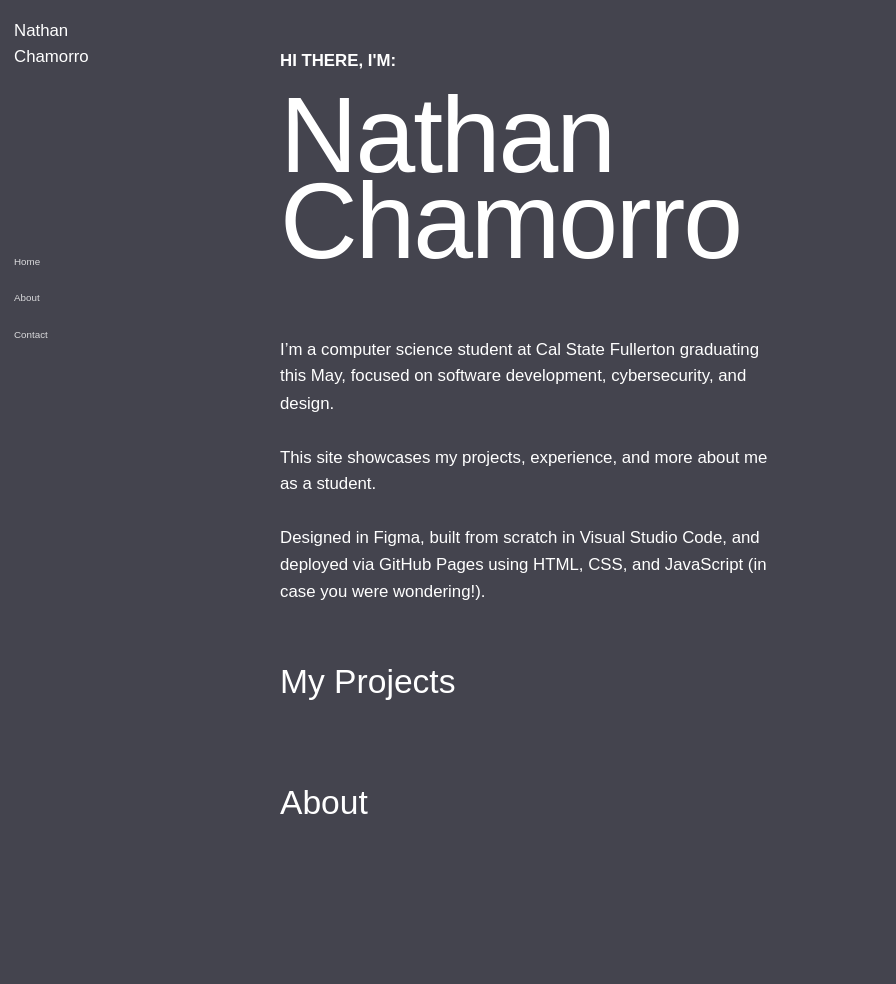
Repository: nathanchamorro1/nathanchamorro1.github.io
Page: index.html
These files come from the project's save history. The page is drawn as it stood at one moment and after the next save; the edit follows.
The browser window is 1280 px wide. The pictures show the part of the page from y = 0 to 1920 px (the page is 1406 px tall before and 3406 px after), at 70% of full size.
Some web fonts or font styles are not loaded; a fallback is used.

Above is the page before, as saved 2026-02-17 21:56:14.

After the next save:
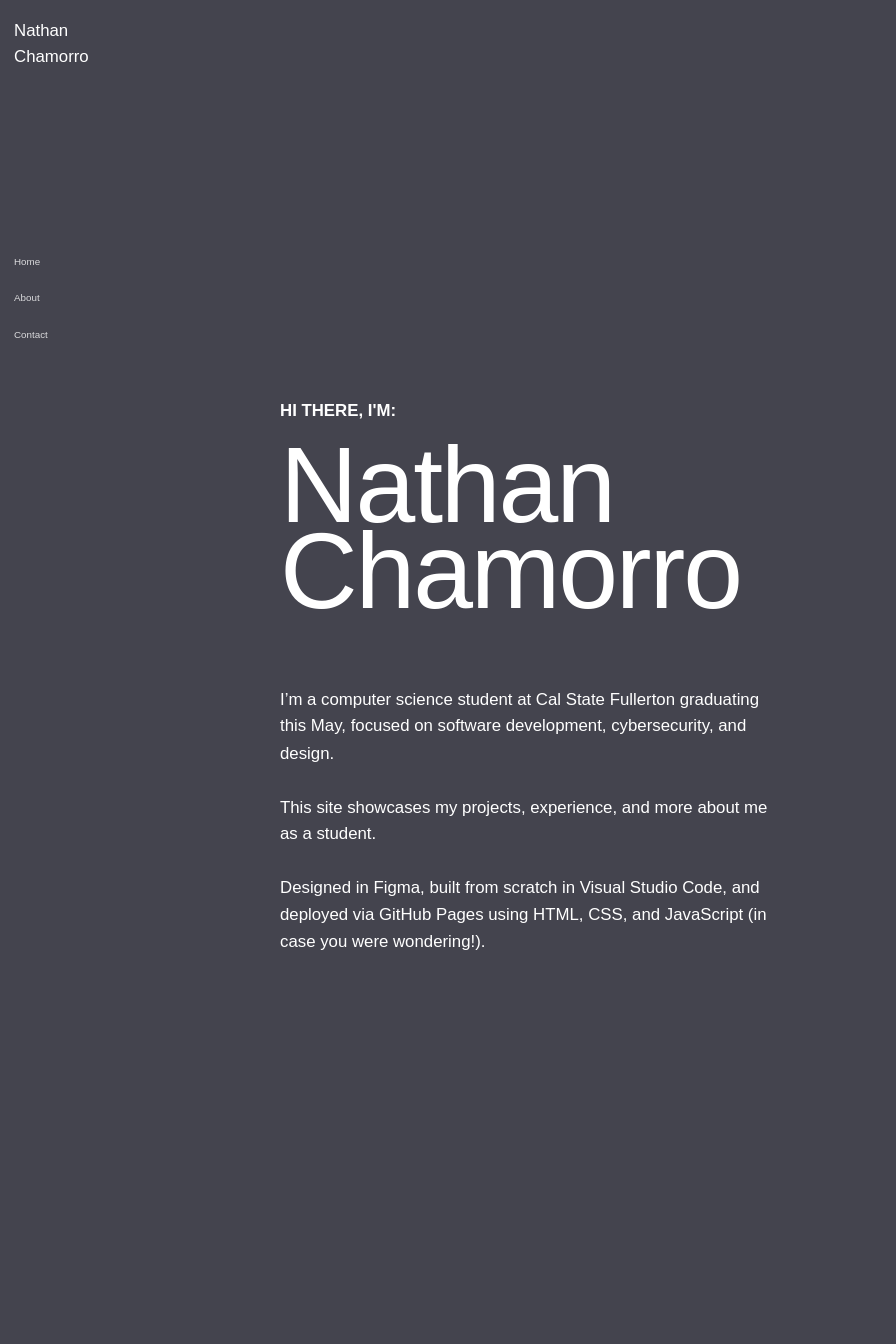
Saved 18 s later.
--- a/css/style.css
+++ b/css/style.css
@@ -13,6 +13,7 @@ body {
 .content-wrapper {
   max-width: 700px;
   margin: 0 auto;
+  margin-top: 500px;
   padding: 0 40px;
   display: flex;
   flex-direction: column;
